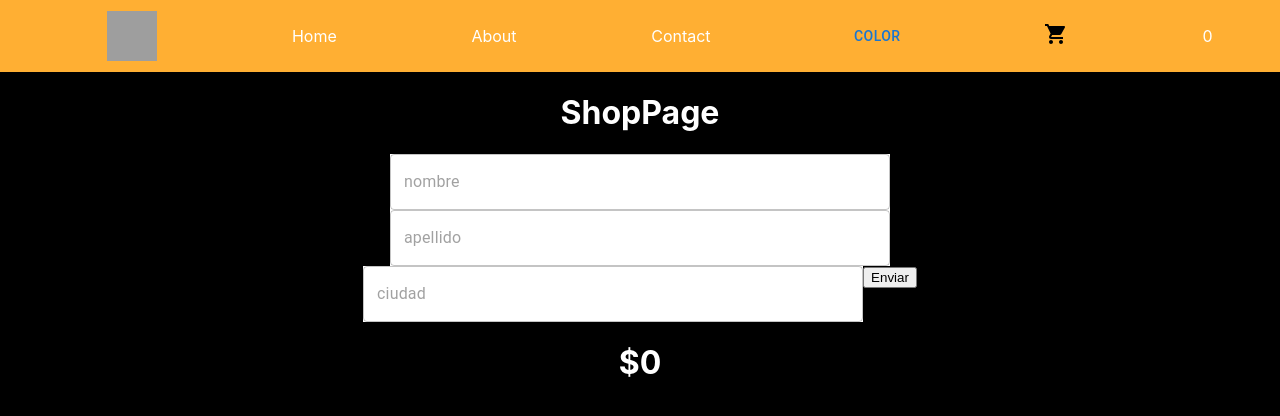
Repository: Toydrum/React-Hector-Coronado-EntregaFinal
Page: /shop
The author's editor kept a copy of each file at every save. The page is drawn from the files as they stood at one save, then again after the next save.
The browser window is 1280 px wide. The pictures show the whole page.
Pictures or frames that could not be fetched are drawn as grey boxes. The project was rebuilt for these pictures with package versions that can differ from the ones it lists, and the page was loaded fresh each time. Also part of the build but not shown: vite.config.js, src/components/Button/Button.css, src/components/Button/Button.jsx, src/components/CardUser/CardUser.css, src/components/CardUser/CardUser.jsx, src/components/CardList/CardList.jsx, src/pages/HomePage/HomePage.jsx, src/pages/ContactPage/ContactPage.jsx and 4 more.

Above is the page before, as saved 2023-07-19 14:17:43.

### src/App.jsx
//import React from "react";
import "./App.css";
import { BrowserRouter as Router, Routes, Route } from "react-router-dom";

//Context
import GatosProvider from "./context/GatosContext";

//Components
import NavBar from "./components/Navbar/Navbar";
//import MenuColor from "./components/MenuColor/MenuColor";
//import CardUser from "./components/CardUser/CardUser";

//Pages
import HomePage from "./pages/HomePage/HomePage";
import ContactPage from "./pages/ContactPage/ContactPage";
import AboutPage from "./pages/AboutPage/AboutPage";
import DetailPage from "./pages/DetailPage/DetailPage";
import ShopPage from "./pages/ShopPage/ShopPage";

const App = () => {
  return (
    <Router>
      <GatosProvider>
        <div className="App">
          <NavBar />
          <Routes>
            <Route path="/" element={<HomePage />}></Route>
            <Route path="/About" element={<AboutPage />}></Route>
            <Route path="/Contact" element={<ContactPage />}></Route>
            <Route path="/detail/:id" element={<DetailPage />}></Route>
            <Route path="/shop" element={<ShopPage />}></Route>
          </Routes>
          <div className="Cards-Container"></div>
        </div>
      </GatosProvider>
    </Router>
  );
};

export default App;

### src/App.css
body{
  background-color: black;
}

.App {
  display: flex;
  flex-direction: column;
  justify-content: center;
}

.Cards-Container{
  display: flex;
  width: 100%;
  justify-content: center;
}

### src/context/GatosContext.jsx
// GatosContext.js

import { useState, createContext, useContext } from "react";
import PropTypes from "prop-types";

const GatosContext = createContext();
const initialState = {
  gatos: [],
  shoppingCart: [],
  gatosFilter: [],
};
const GatosProvider = ({ children }) => {
  const [items, setItems] = useState(initialState);
  console.log(items);
  return (
    <GatosContext.Provider value={[items, setItems]}>
      {children}
    </GatosContext.Provider>
  );
};

GatosProvider.propTypes = {
  children: PropTypes.node.isRequired,
};
export default GatosProvider;
export const useGatosContext = () => useContext(GatosContext);

### src/components/Navbar/Navbar.jsx
//import { useContext } from "react";
import "./Navbar.css";
import logo from "./cat-logo.svg";
import { Link } from "react-router-dom";
import CartWidget from "../CartWidget/CartWidget";
import MenuColor from "../MenuColor/MenuColor";
import { useGatosContext } from "../../context/GatosContext";

const NavBar = () => {
  const [items, setItems] = useGatosContext();

  return (
    <nav className="nav-container">
      <ul className="nav-ul">
        <img src={logo} alt="gatito" style={{ height: 50, width: 50 }} />
        <li className="li">
          <Link to="/" className="li">
            Home
          </Link>
        </li>
        <li className="li">
          <Link to="/about" className="li">
            About
          </Link>
        </li>
        <li className="li">
          <Link to="/contact" className="li">
            Contact
          </Link>
        </li>
        <li className="li">
          <MenuColor />
        </li>
        <li className="li">
          <Link to="/shop" className="li">
            <CartWidget className="li" />
          </Link>
        </li>
        <li className="li">{items.shoppingCart.length}</li>
      </ul>
    </nav>
  );
};

export default NavBar;

### src/pages/ShopPage/ShopPage.jsx
import { useState } from "react";
import TextField from "@mui/material/TextField";
import "./Styles.css";
import { addDoc } from "firebase/firestore";
import { useParams } from "react-router-dom";
import { db } from "../../firebase/firebaseConfig";
import { collection, query, getDocs } from "firebase/firestore";
import MessageSuccess from "../../components/MessageSuccess/MessageSuccess";
import CardUser from "../../components/CardUser/CardUser";
import { useGatosContext } from "../../context/GatosContext";

const ShopPage = () => {
  const [gatoState, setGatoState] = useGatosContext();
  const { id } = useParams();

  const initialState = {
    nombre: "",
    apellido: "",
    ciudad: "",
    gatos: gatoState.shoppingCart || [],
  };
  const [values, setValues] = useState(initialState);
  const [purchaseID, setPurchaseID] = useState("");
  const handleOnChange = (e) => {
    const { value, name } = e.target;
    setValues({
      ...values,
      [name]: value,
    });
  };

  const onSubmit = async (e) => {
    e.preventDefault();
    values.gatos = gatoState.shoppingCart;
    console.log(values);
    const docRef = await addDoc(collection(db, "compras"), {
      values,
    });
    setPurchaseID(docRef.id);
    //TODO: subir values a la base de datos
    setValues(initialState);
  };
  const eliminarGatito = (gato) => {
    console.log(gato);
    console.log(gatoState.shoppingCart);
    gatoState.shoppingCart = gatoState.shoppingCart.filter((g) => {
      return g.id !== gato.id;
    });
    console.log(gatoState.shoppingCart);
    setGatoState({
      gatos: gatoState.gatos || [],
      shoppingCart: gatoState.shoppingCart || [],
    });
  };
  const precios = gatoState.shoppingCart.map((gato) => gato.donacion);
  const total = precios.reduce((acumulador, precio) => acumulador + precio, 0);
  console.log(total);

  console.log("Document written with ID: ", purchaseID);
  return (
    <>
      <div className="caja">
        <h1 className="titulo">ShopPage</h1>
        <form onSubmit={onSubmit}>
          <TextField
            name="nombre"
            className="campo"
            placeholder="nombre"
            value={values.nombre}
            onChange={handleOnChange}
          />
          <TextField
            name="apellido"
            className="campo"
            placeholder="apellido"
            value={values.apellido}
            onChange={handleOnChange}
          />
          <TextField
            name="ciudad"
            className="campo"
            placeholder="ciudad"
            value={values.ciudad}
            onChange={handleOnChange}
          />
          <button type="submit" onClick={onSubmit}>
            Enviar
          </button>
        </form>
        <h1 className="total">${total}</h1>
        <div className="Cards-List">
          {gatoState.shoppingCart && gatoState.shoppingCart.length > 0 ? (
            gatoState.shoppingCart.map((gato) => {
              return (
                <div key={gato.id}>
                  <CardUser
                    data={gato}
                    handleData={eliminarGatito}
                    accion={"eliminar"}
                  />
                </div>
              );
            })
          ) : (
            <p>No hay gatos</p>
          )}
        </div>
        {purchaseID ? <MessageSuccess purchaseID={purchaseID} /> : null}
      </div>
    </>
  );
};

export default ShopPage;

### src/components/Navbar/Navbar.css
.nav-container {
  background-color: #FFAF33;
  height: 10vh;
  display: flex;
  width: 100%;
  justify-content: space-around;
  align-items: center;
}

.nav-ul {
  display: flex;
  width: 100%;
  justify-content: space-around;
  align-items: center;
}

.li {
  color: white;
  list-style-type: none;
  text-decoration: none;
}

### src/components/CartWidget/CartWidget.jsx
import ShoppingCartIcon from "@mui/icons-material/ShoppingCart";

const CartWidget = () => {
  return (
    <div style={{ color: "black" }}>
      <ShoppingCartIcon />
    </div>
  );
};

export default CartWidget;

### src/components/MenuColor/MenuColor.jsx
import * as React from "react";

import Button from "@mui/material/Button";
import Menu from "@mui/material/Menu";
import MenuItem from "@mui/material/MenuItem";
import { useGatosContext } from "../../context/GatosContext";

const MenuColor = () => {
  const [anchorEl, setAnchorEl] = React.useState(null);
  const open = Boolean(anchorEl);
  const handleClick = (event) => {
    setAnchorEl(event.currentTarget);
  };

  const handleClose = () => {
    setAnchorEl(null);
  };
  return (
    <div>
      <Button
        id="demo-positioned-button"
        aria-controls={open ? "demo-positioned-menu" : undefined}
        aria-haspopup="true"
        aria-expanded={open ? "true" : undefined}
        onClick={handleClick}
      >
        Color
      </Button>
      <Menu
        id="demo-positioned-menu"
        aria-labelledby="demo-positioned-button"
        anchorEl={anchorEl}
        open={open}
        onClose={handleClose}
        anchorOrigin={{
          vertical: "top",
          horizontal: "left",
        }}
        transformOrigin={{
          vertical: "top",
          horizontal: "left",
        }}
      >
        <MenuItem onClick={handleClose}>Blanco</MenuItem>
        <MenuItem onClick={handleClose}>Rayado</MenuItem>
        <MenuItem onClick={handleClose}>Naranja</MenuItem>
      </Menu>
    </div>
  );
};

export default MenuColor;

### src/pages/ShopPage/Styles.css
.campo{
  display: flex;
  width: 500px;
  background-color : white;
  color: black;
  margin-right: auto;
  margin-left: auto;
}

.caja{
  display: block;
  flex-flow: column;
  justify-content: center;
  text-align: center;
  width: 51%;
  height: 40vh;
  margin-right: auto;
  margin-left: auto;
  color:black;
}

.titulo{
  color: white;
}

.total{
  color: white;

}

### src/firebase/firebaseConfig.js
// Import the functions you need from the SDKs you need
import { initializeApp } from "firebase/app";
//import { getAnalytics } from "firebase/analytics";
// TODO: Add SDKs for Firebase products that you want to use
// https://firebase.google.com/docs/web/setup#available-libraries
import { getFirestore } from "firebase/firestore";
// Your web app's Firebase configuration
// For Firebase JS SDK v7.20.0 and later, measurementId is optional
const firebaseConfig = {
  apiKey: "AIzaSyCLSk1f1K6dPfkavJgb9mdon9PDEPSR80U",
  authDomain: "gatitos-7f5b2.firebaseapp.com",
  projectId: "gatitos-7f5b2",
  storageBucket: "gatitos-7f5b2.appspot.com",
  messagingSenderId: "577315722745",
  appId: "1:577315722745:web:28034b8baa1dc0c2115928",
  measurementId: "G-DZQ36RVP49",
};

// Initialize Firebase
const app = initializeApp(firebaseConfig);
//const analytics = getAnalytics(app);
export const db = getFirestore(app);

### src/components/CardList/CardList.css
.Cards-List{
  display: grid;
  justify-content: space-around;
  align-content: space-around;
  align-items: center;
  grid-template-columns: 1fr 1fr 1fr 1fr;
}

Loaded but not shown: index.html (common file); src/main.jsx (common file); src/index.css (common file)

After the next save:
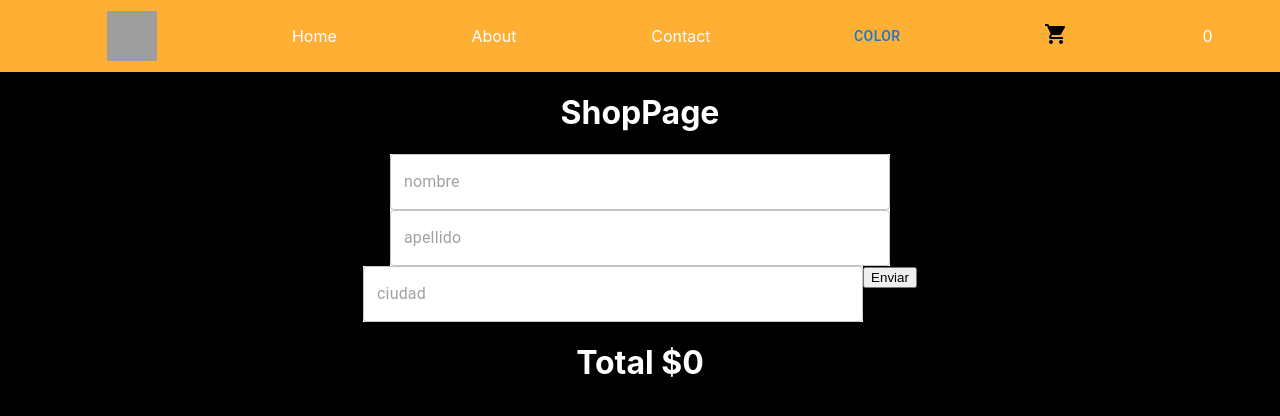
Saved 8 s later.
--- a/src/pages/ShopPage/ShopPage.jsx
+++ b/src/pages/ShopPage/ShopPage.jsx
@@ -87,7 +87,7 @@ const ShopPage = () => {
             Enviar
           </button>
         </form>
-        <h1 className="total">${total}</h1>
+        <h1 className="total">Total ${total}</h1>
         <div className="Cards-List">
           {gatoState.shoppingCart && gatoState.shoppingCart.length > 0 ? (
             gatoState.shoppingCart.map((gato) => {
